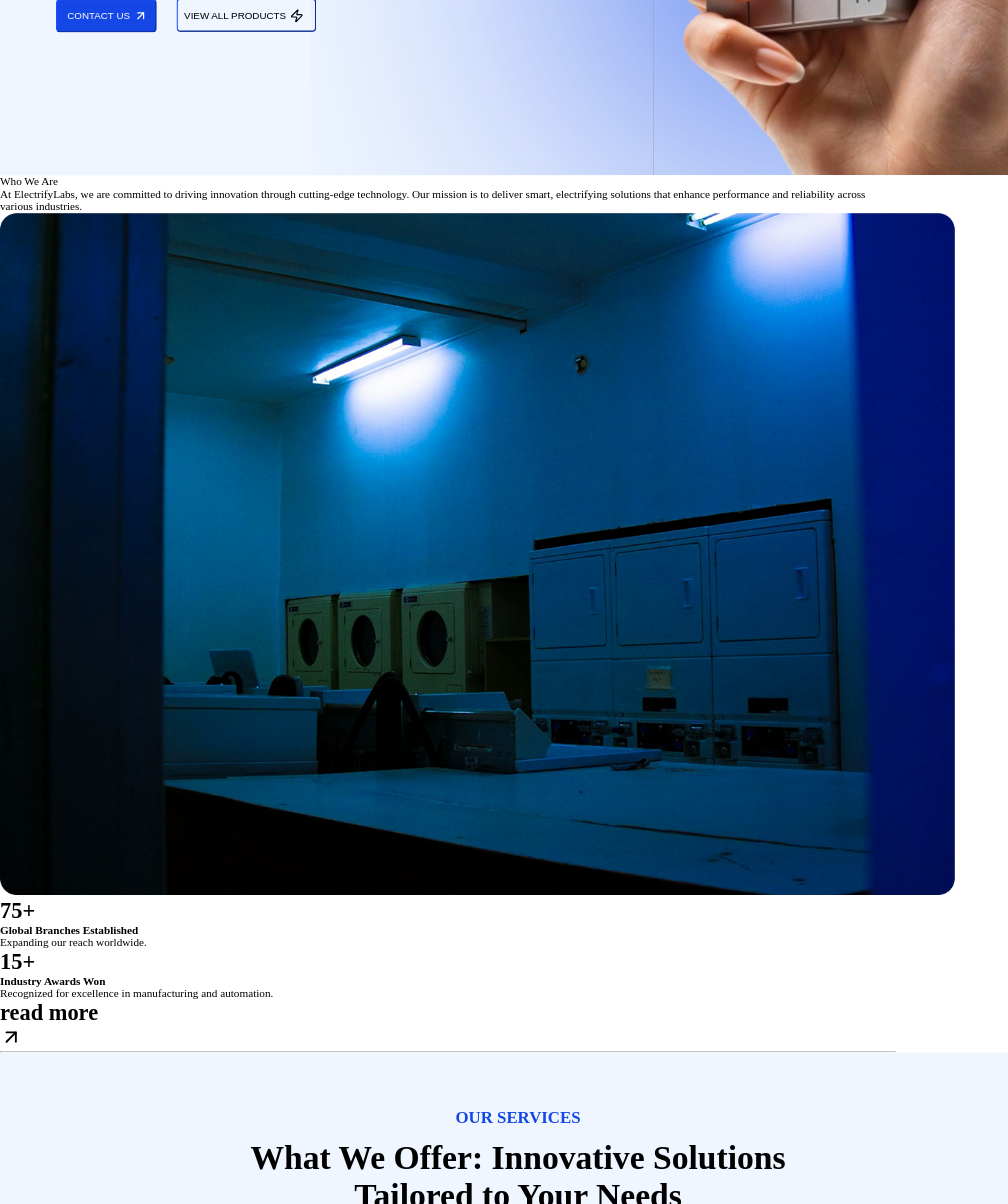
Repository: neelpatel6262/electrifylabs_homepage
Page: /
The author's editor kept a copy of each file at every save. The page is drawn from the files as they stood at one save, then again after the next save.
The browser window is 1280 px wide. The page is 1440 px wide, so the pictures cover 1440 px, including what lies to the right of the window. The pictures show the part of the page from y = 642 to 2362 px (the page is 3219 px tall before and 2878 px after), at 70% of full size.
The project was rebuilt for these pictures with package versions that can differ from the ones it lists, and the page was loaded fresh each time. Also part of the build but not shown: vite.config.js.

Above is the page before, as saved 2026-02-20 18:52:50.

After the next save:
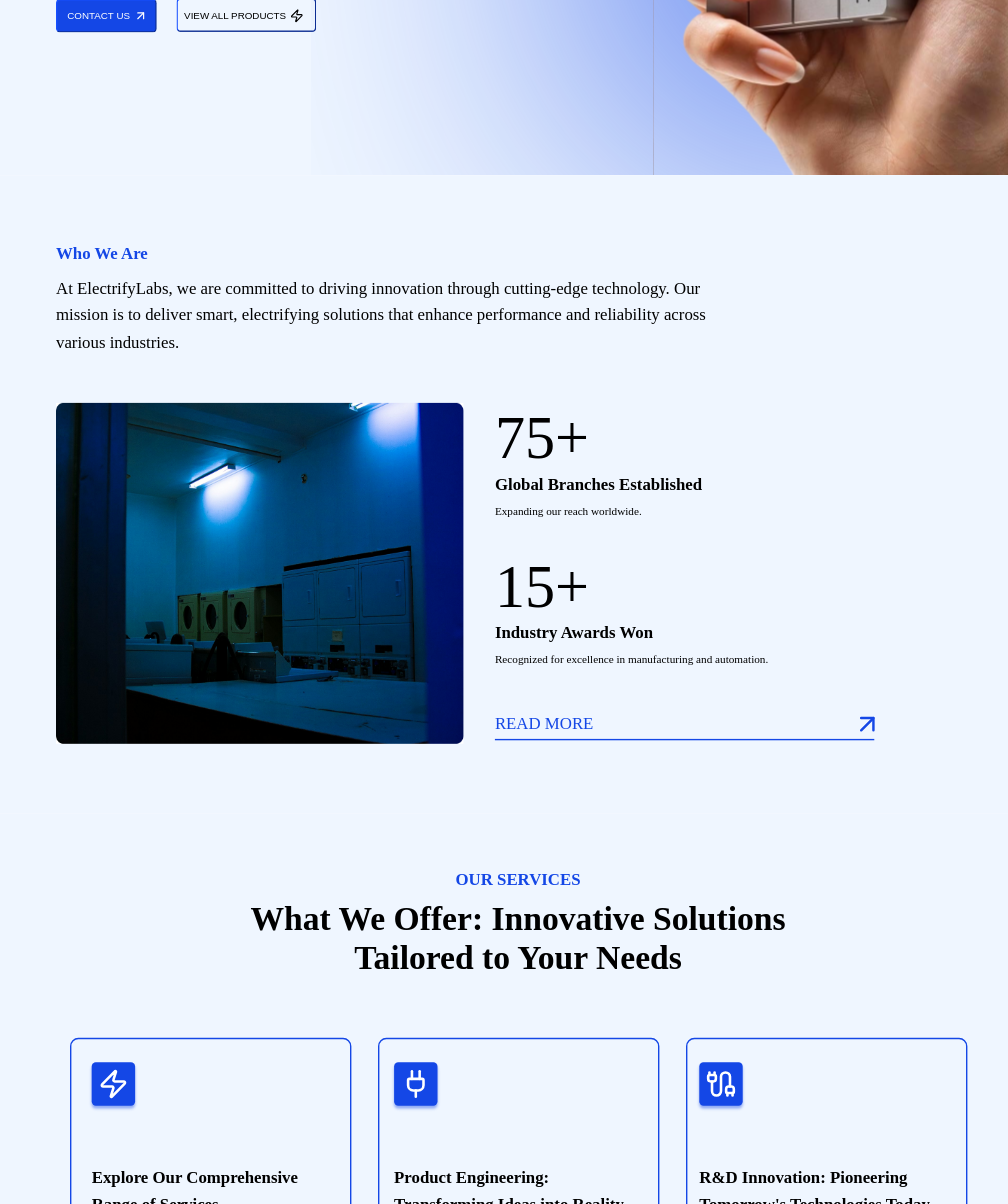
Saved 25 s later.
--- a/src/index.css
+++ b/src/index.css
@@ -328,6 +328,129 @@
 
 
 
+.about-section {
+  width: var(--container-width);
+  height: 912px;
+  background-color: var(--secondary-color);
+  padding: var(--spacing-10xl) var(--spacing-9xl) var(--spacing-10xl) var(--spacing-9xl);
+}
+
+.who-we-are-section {
+  width: 985px;
+  height: 160px;
+}
+
+.about-heading {
+  width: 985px;
+  height: var(--spacing-xl);
+  font-size: var(--font-size-xl);
+  line-height: var(--line-height-tight);
+  color: var(--primary-color);
+  font-weight: var(--font-weight-semibold);
+  margin-bottom: var(--spacing-2xl);
+}
+
+.sub-heading {
+  height: 114px;
+  width: 985px;
+  font-size: var(--font-size-xl);
+  letter-spacing: 6%;
+  line-height: var(--line-height-loose);
+  margin-bottom: 65px;
+}
+
+.about-content-section {
+  width: var(--content-width);
+  height: 487px;
+  display: flex;
+  margin-top: 65px;
+}
+
+.about-cta {
+  width: 542px;
+  border: 1px solid var(--primary-color);
+}
+
+.content-cta-section-container {
+  display: flex;
+  align-items: center;
+  justify-content: space-between;
+}
+
+.content-cta-section-container svg {
+  width: var(--spacing-4xl);
+  height: var(--spacing-4xl);
+  color: var(--primary-color);
+  margin-top: var(--spacing-7xl);
+}
+
+.placeholder img {
+  width: 582px;
+  height: 487px;
+  margin-right: 45px;
+}
+
+.content-one {
+  width: 553px;
+  height: 152px;
+  margin-bottom: 60px;
+}
+
+.content-one h1 {
+  font-size: var(--font-size-5xl);
+  font-weight: var(--font-weight-normal);
+}
+
+.content-one h4 {
+  font-size: var(--font-size-xl);
+  line-height: var(--line-height-relaxed);
+  letter-spacing: -1%;
+  margin-bottom: var(--spacing-md);
+}
+
+.content-two {
+  height: 275px;
+  width: 553px;
+}
+
+.content-two h1 {
+  font-size: var(--font-size-5xl);
+  font-weight: var(--font-weight-normal);
+}
+
+.content-two h4 {
+  font-size: var(--font-size-xl);
+  line-height: var(--line-height-relaxed);
+  letter-spacing: -1%;
+  margin-bottom: var(--spacing-md);
+}
+
+.content-cta-section {
+  width: 553px;
+  height: 45px;
+}
+
+.content-cta-section-container {
+  display: flex;
+  align-items: center;
+  justify-content: space-between;
+}
+
+.content-cta-section-container h1 {
+  font-size: var(--font-size-xl);
+  color: var(--primary-color);
+  text-transform: uppercase;
+  margin-top: var(--spacing-7xl);
+}
+
+.lucide lucide-arrow-up-right-icon lucide-arrow-up-right {
+  width: var(--spacing-4xl);
+  color: var(--primary-color);
+  margin-top: var(--spacing-7xl);
+}
+
+
+
 
 
 .service-section {
